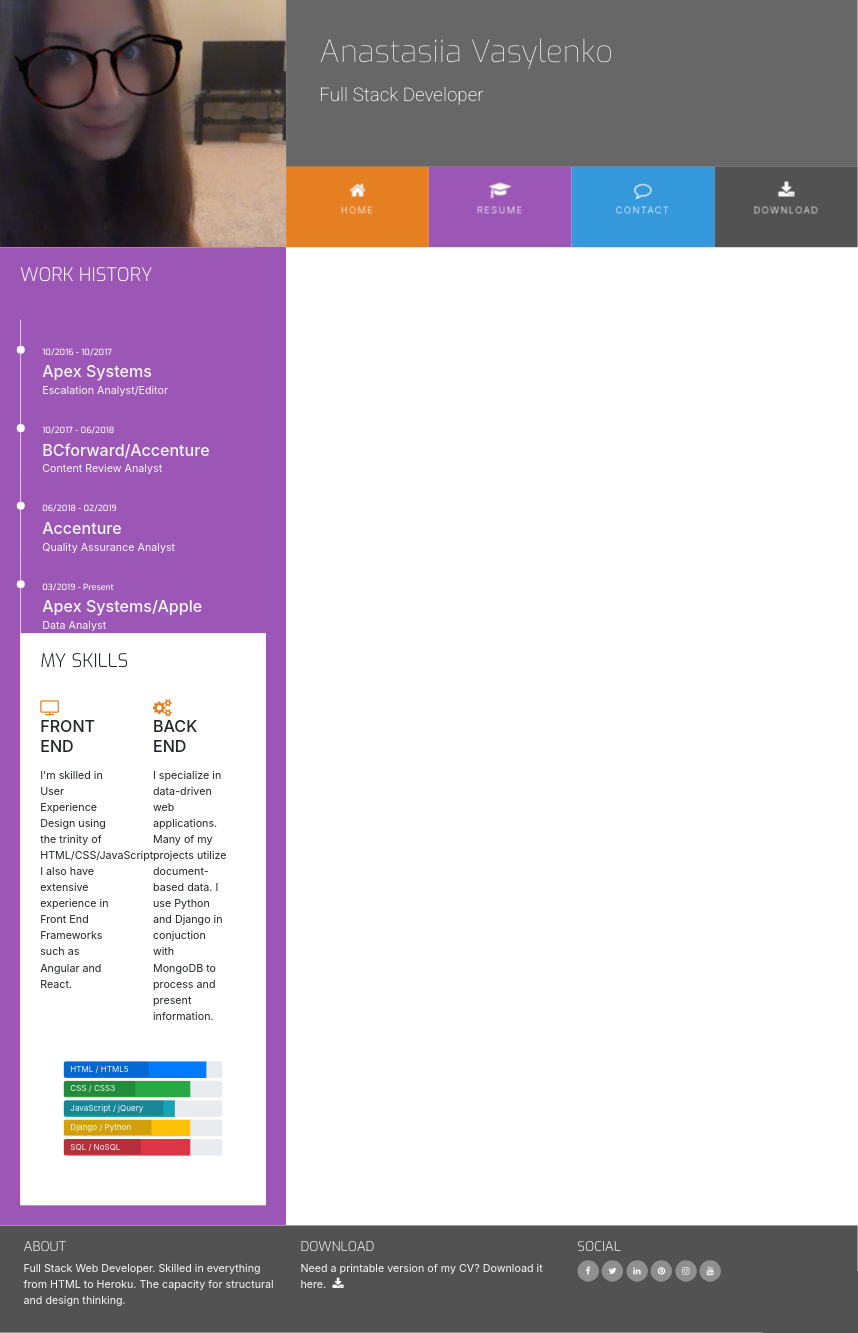
Repository: aavasylenko/myresume
Page: resume.html
The author's editor kept a record of every edit. The page is drawn from the files as they stood at one moment, then again after the next edit.
The browser window is 1280 px wide. The pictures show the whole page, at 67% of full size.

Above is the page before.

### resume.html
<!DOCTYPE html>
<html lang="en">

<head>
    <meta charset="UTF-8">
    <meta name="viewport" content="width=device-width, initial-scale=1.0">
    <meta http-equiv="X-UA-Compatible" content="ie=edge">
    <link rel="stylesheet" href="https://stackpath.bootstrapcdn.com/bootstrap/4.3.1/css/bootstrap.min.css" type="text/css" />
    <link rel="stylesheet" href="https://stackpath.bootstrapcdn.com/font-awesome/4.7.0/css/font-awesome.min.css" type="text/css" />
    <link rel="stylesheet" href="https://cdnjs.cloudflare.com/ajax/libs/hover.css/2.3.1/css/hover-min.css" type="text/css" />
    <link rel="stylesheet" href="assets/css/style.css" type="text/css" />
    <title>Rosie</title>
</head>

<body>
    <header>
        <div class='row no-gutters'>
            <a href="index.html" class="col-md-4 logo">

            </a>
            <div class='col-md-8'>
                <div class='row no-gutters bg-color-name-title'>
                    <div class='col heading'>
                        <h1 class='name'>Anastasiia Vasylenko</h1>
                        <h2 class='title'>Full Stack Developer</h2>
                    </div>
                </div>
                <div class="row no-gutters">
                    <div class="col">
                        <ul id="nav" class="list-inline menucontainer">
                            <li class="col-6 col-sm-3 ui-menu-color-home list-inline-item menuitem">
                                <a href="index.html" class="hvr-sweep-to-bottom"><i class="fa fa-home" aria-hdden="true"></i><span>Home</span></a>
                            </li>
                            <li class="col-6 col-sm-3 ui-menu-color-resume list-inline-item menuitem">
                                <a href="resume.html" class="hvr-sweep-to-bottom"><i class="fa fa-graduation-cap" aria-hdden="true"></i><span>Resume</span></a>
                            </li>
                            <li class="col-6 col-sm-3 ui-menu-color-contact list-inline-item menuitem">
                                <a href="contact.html" class="hvr-sweep-to-bottom"><i class="fa fa-comment-o" aria-hdden="true"></i><span>Contact</span></a>
                            </li>
                            <li class="col-6 col-sm-3 ui-menu-color-download list-inline-item menuitem">
                                <a href="#" class="hvr-sweep-to-bottom"><i class="fa fa-download" aria-hdden="true"></i><span>Download</span></a>
                            </li>
                        </ul>
                    </div>
                </div>
            </div>
        </div>
    </header>
    <section class="container-fluid">
        <div class="row">
            <div class="col-md-4 bg-color-work-history section-column">
                <div class="row">
                    <div class="col-12">
                        <h3 class="history-heading uppercase">Work History</h3>
                    </div>
                </div>
                <div class="history-timeline">
                <div class="timeline-item" data-dates="10/2016 - 10/2017">
                    <h4>Apex Systems</h4>
                    <p>Escalation Analyst/Editor</p>
                </div>
                <div class="timeline-item" data-dates="10/2017 - 06/2018">
                    <h4>BCforward/Accenture</h4>
                    <p>Content Review Analyst</p>
                </div>
                <div class="timeline-item" data-dates="06/2018 - 02/2019">
                    <h4>Accenture</h4>
                    <p>Quality Assurance Analyst</p>
                </div>
                <div class="timeline-item" data-dates="03/2019 - Present">
                    <h4>Apex Systems/Apple</h4>
                    <p>Data Analyst</p>
                </div>
            </div>
            <div class="col-md-8 bg-color-three-reasons section-column">
                <div class="row">
                    <div class="col">
                        <h3 class="section-heading uppercase">My skills</h3>
                    </div>
                </div>
                <div class="row">
                    <div class="col-10 offset-1 offset-sm-0 col-sm-4 col-md-6">
                        <div class="row">
                            <div class="col-2">
                                <i class="three-reasons-icon fa fa-tv" aria-hidden="true"></i>
                            </div>
                            <div class="col-10">
                                <h4 class="three-reasons-heading uppercase">Front End</h4>
                                <p>
                                    I'm skilled in User Experience Design using the trinity of HTML/CSS/JavaScript. I also have extensive experience in Front End Frameworks such as Angular and React.
                                </p>
                            </div>
                        </div>
                    </div>
                    <div class="col-10 offset-1 offset-sm-0 col-sm-4 col-md-6">
                        <div class="row">
                            <div class="col-2">
                                <i class="three-reasons-icon fa fa-gears" aria-hidden="true"></i>
                            </div>
                            <div class="col-10">
                                <h4 class="three-reasons-heading uppercase">Back End</h4>
                                <p>
                                    I specialize in data-driven web applications. Many of my projects utilize document-based data. I use Python and Django in conjuction with MongoDB to process and present information.
                                </p>
                            </div>
                        </div>
                    </div>
                </div>
                <div class="row progress-section">
                    <div class="col">
                        <div class="progress">
                            <div class="progress-bar" role="progressbar" aria-valuenow="90" aria-valuemin="0" aria-valuemax="100" style="width:90%;">
                                <span class="sr-only">90% complete</span>
                            </div>
                            <span class="progress-type">HTML / HTML5</span>
                        </div>
                        <div class="progress">
                            <div class="progress-bar bg-success" role="progressbar" aria-valuenow="80" aria-valuemin="0" aria-valuemax="100" style="width:80%;">
                                <span class="sr-only">80% complete</span>
                            </div>
                            <span class="progress-type">CSS / CSS3</span>
                        </div>
                        <div class="progress">
                            <div class="progress-bar bg-info" role="progressbar" aria-valuenow="70" aria-valuemin="0" aria-valuemax="100" style="width:70%;">
                                <span class="sr-only">70% complete</span>
                            </div>
                            <span class="progress-type">JavaScript / jQuery</span>
                        </div>
                        <div class="progress">
                            <div class="progress-bar bg-warning" role="progressbar" aria-valuenow="80" aria-valuemin="0" aria-valuemax="100" style="width:80%;">
                                <span class="sr-only">80% complete</span>
                            </div>
                            <span class="progress-type">Django / Python</span>
                        </div>
                        <div class="progress">
                            <div class="progress-bar bg-danger" role="progressbar" aria-valuenow="80" aria-valuemin="0" aria-valuemax="100" style="width:80%;">
                                <span class="sr-only">80% complete</span>
                            </div>
                            <span class="progress-type">SQL / NoSQL</span>
                        </div>
                    </div>
                </div>
            </div>
        </div>

    </section>
    <footer class="container-fluid">
        <div id="footer-details" class="row">
            <div class="col-sm-4">
                <h5 class="uppercase general-sub">About</h5>
                <p class='inline-block'>
                    Full Stack Web Developer. Skilled in everything from HTML to Heroku. The capacity for structural and design thinking.
                </p>
            </div>
            <div class="col-sm-4">
                <h5 class="uppercase general-sub">Download</h5>
                <p class='inline-block'>
                    Need a printable version of my CV? Download it here.
                    <a href='#' target="_blank" class="cv-pdf">
                        <i class="fa fa-download" aria-hidden='true'></i>
                        <span class='sr-only'>Download link.</span>
                    </a>
                </p>
            </div>
            <div class="col-sm-4">
                <h5 class="uppercase general-sub">Social</h5>
                <ul class='list-inline social-links'>
                    <li class='list-inline-item'>
                        <a target='_blank' href="#">
                            <i class="fa fa-facebook" aria-hidden='true'></i>
                            <span class='sr-only'>Facebook</span>
                        </a>
                    </li>
                    <li class='list-inline-item'>
                        <a target='_blank' href="#">
                            <i class="fa fa-twitter" aria-hidden='true'></i>
                            <span class='sr-only'>Twitter</span>
                        </a>
                    </li>
                    <li class='list-inline-item'>
                        <a target='_blank' href="#">
                            <i class="fa fa-linkedin" aria-hidden='true'></i>
                            <span class='sr-only'>LinkedIn</span>
                        </a>
                    </li>
                    <li class='list-inline-item'>
                        <a target='_blank' href="#">
                            <i class="fa fa-pinterest" aria-hidden='true'></i>
                            <span class='sr-only'>Pinterest</span>
                        </a>
                    </li>
                    <li class='list-inline-item'>
                        <a target='_blank' href="#">
                            <i class="fa fa-instagram" aria-hidden='true'></i>
                            <span class='sr-only'>Instagram</span>
                        </a>
                    </li>
                    <li class='list-inline-item'>
                        <a target='_blank' href="#">
                            <i class="fa fa-youtube" aria-hidden='true'></i>
                            <span class='sr-only'>YouTube</span>
                        </a>
                    </li>
                </ul>
            </div>
        </div>

    </footer>
</body>

</html>

### assets/css/style.css
@import url('https://fonts.googleapis.com/css?family=Roboto:100,200,300,400,500,600,700|Exo:100,200,300,400,500,600,700');

/*----------------------------Colors */

.bg-color-name-title {
    background-color: #676767;
}

.bg-color-three-reasons {
    background-color: #fff;

}

.bg-color-personal-info {
    background-color: #f4f4f4;
}

.bg-color-work-history {
    background-color: #9b56b6;
}

.bg-color-contact {
    background-color: #fff
}

.ui-menu-color-home {
    background-color: #e67e22;
}

.ui-menu-color-resume {
    background-color: #9b56b6;
}

.ui-menu-color-contact {
    background-color: #3498db;
}

.ui-menu-color-download {
    background-color: #525252;
}

/*----------------------------Special paddings/margins/text */

h1,
h2,
h3,
h4 {
    margin: 0;
}

.uppercase {
    text-transform: uppercase;
}

.general-sub {
    font-family: "Exo", sans-serif;
    font-weight: 300;
    color: #fafafa;
}

.inline-block {
    display: inline-block;
}

.row-table {
    display: table;
}

.section-column {
    display: table-cell;
    padding: 0 30px 30px;
    float: none;
}

.history-heading,
.section-heading {
    font-family: "Exo", sans-serif;
    font-weight: 300;
    margin-top: 25px;
    margin-bottom: 40px;
}

/*----------------------------Heading */

header {
    margin: 0;
}

.heading {
    margin-left: 50px;
}

.logo {
    background: url("../images/avatar.jpg");
    background-position: center;
    background-repeat: no-repeat;
    background-size: cover;
    min-height: 360px;
    transition: all .5s ease-in-out;
    -moz-transition: all .5s ease-in-out;
    -webkit-transition: all .5s ease-in-out;
}

.name {
    font-family: "Exo", sans-serif;
    font-weight: 100;
    font-size: 46px;
    margin-top: 50px;
    color: #fff;
}

.title {
    font-family: "Roboto", sans-serif;
    font-weight: 200;
    font-size: 28px;
    margin-top: 20px;
    margin-bottom: 90px;
    color: #fff;
}

.list-inline-item:not(:last-child) {
    margin: 0;
}

.menucontainer {
    font-size: 0;
}

#nav {
    margin: 0;
}

#nav li {
    font-size: 14px;
    padding: 0;
}

.menuitem {
    height: 120px;
    text-align: center;
    padding: 0;
}

.menuitem a {
    width: 100%;
    text-decoration: none;
    color: #fff;
    height: 120px;
}

.menuitem a i {
    padding-top: 22px;
    display: block;
    color: #fafafa;
    font-size: 26px;
}

.menuitem span {
    display: block;
    width: 100%;
    padding-top: 5px;
    text-align: center;
    text-transform: uppercase;
    font-size: 14px;
    font-weight: 300;
    letter-spacing: 2px;
}

/*----------------------------Hover.css */

.hvr-sweep-to-bottom:before {
    background-color: rgba(0, 0, 0, 0.2);
    height: 120px;
}

/*----------------------------Footer */

footer {
    background-color: #525252;
    color: #fafafa;
    min-height: 120px;
    margin: 0;
}

.cv-pdf i {
    font-size: 18px;
    color: #fafafa;
    text-align: center;
    padding-left: 5px;
    transition: all 0.35s ease-in-out;
    -moz-transition: all 0.35s ease-in-out;
    -webkit-transition: all 0.35s ease-in-out;
    -o-transition: all 0.35s ease-in-out;
}

.cv-pdf i:hover {
    color: #e84610;
}

.social-links {
    padding-bottom: 15px;
}

.social-links li a i {
    width: 32px;
    height: 32px;
    padding: 12px 0;
    border-radius: 50%;
    font-size: 13px;
    line-height: 7px;
    text-align: center;
    color: #fafafa;
    background: #8f8f8f;
    transition: all 0.35s ease-in-out;
    -moz-transition: all 0.35s ease-in-out;
    -webkit-transition: all 0.35s ease-in-out;
    -o-transition: all 0.35s ease-in-out;
}

.social-links li a i:hover {
    background: #e84610;
}

#footer-details {
    padding: 20px;
}

/*----------------------------Three Reasons */

.three-reasons-icon {
    font-size: 26px;
    color: #e67e22;
}

.three-reasons-heading {
    margin-bottom: 15px;
}

/*----------------------------Personal Info */

.personal-info-item {
    margin-bottom: 20px;
    display: block;
    clear: both;
}

.personal-info-item .key,
.personal-info-item .value {
    padding-right: 8px;
    display: inline-block;
}

.personal-info-item .key p,
.personal-info-item .value p {
    margin: 0;
}

.personal-info-item .key {
    width: 30%;
    margin-right: 21px;
    padding-top: 2px;
    vertical-align: top;
}

.personal-info-item .key p {
    font-weight: 700;
}

.personal-info-item .value {
    width: 60%;
    position: relative;
}

/*----------------------------Skills */

.progress {
    position: relative;
    height: 25px;
    margin-bottom: 4px;
}

.progress-type {
    position: absolute;
    left: 0px;
    font-weight: 400;
    padding: 3px 30px 2px 10px;
    color: #fafafa;
    background-color: rgba(25, 25, 25, 0.2);
}

.progress-section {
    margin: 40px 20px;
}

/*----------------------------Work History */

.history-heading {
    color: #fafafa;
    margin-bottom: 50px;
}

.timeline-item {
    padding: 4em 2em 0em 2em;
    position: relative;
    color: #fafafa;
    border-left: 1px solid;
}

.timeline-item p {
    padding: 0;
    margin: 0;
}

.timeline-item:before {
    content: attr(data-dates);
    position: absolute;
    left: 2.5em;
    top: 3em;
    display: block;
    font-family: "Exo", sans-serif;
    font-weight: 500;
    font-size: 0.8em;
    padding: 0;
    margin: 0;
}

.timeline-item:after {
    width: 12px;
    height: 12px;
    display: block;
    top: 2.4em;
    position: absolute;
    left: -6px;
    border-radius: 12px;
    content: '';
    background: #fafafa;
}

.history-items {
    margin-bottom: 30px;
}

/*----------------------------Contact Form */

.contact-heading {
    font-family: "Exo", sans-serif;
    font-weight: 300;
    margin-top: 25px;
    margin-bottom: 20px;
}

.center-form {
    padding-top: 10px;
    margin: 0 auto;
    max-width: 70%;
}

button[type="submit"] {
    margin-top: 15px;
    margin-bottom: 20px;
    color: #fafafa;
    background-color: #e84610;
}

/*----------------------------Media Queries */

@media(min-width: 992px) {
    .center-form {
        padding-top: 30px;
        min-height: 240px;
        margin: 0 auto;
        max-width: 50%;
    }
}

After the next edit:
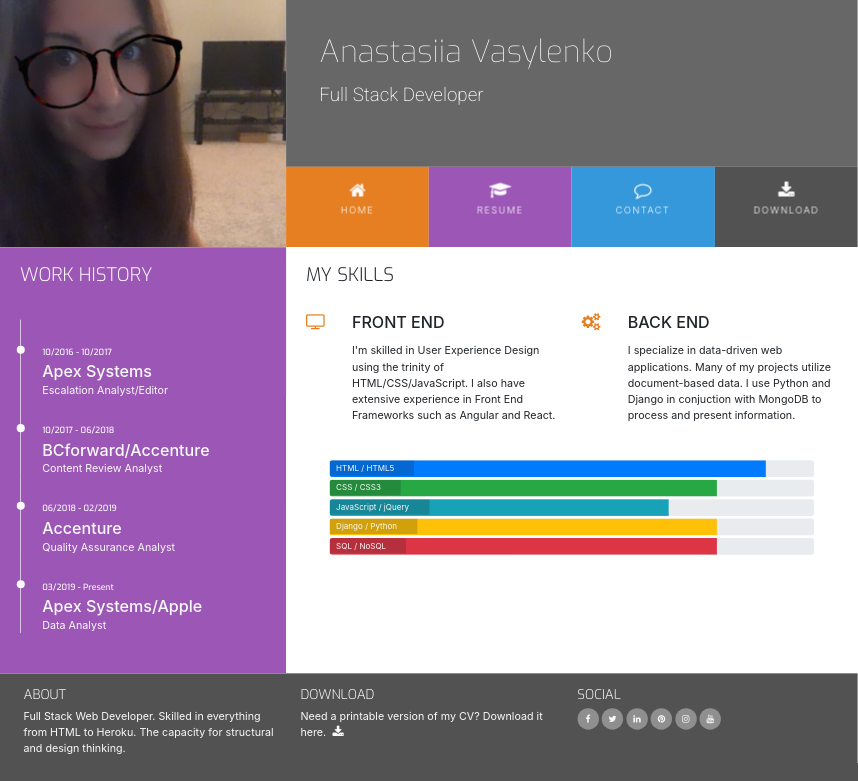
The edit:
--- a/resume.html
+++ b/resume.html
@@ -54,22 +54,23 @@
                         <h3 class="history-heading uppercase">Work History</h3>
                     </div>
                 </div>
-                <div class="history-timeline">
-                <div class="timeline-item" data-dates="10/2016 - 10/2017">
-                    <h4>Apex Systems</h4>
-                    <p>Escalation Analyst/Editor</p>
-                </div>
-                <div class="timeline-item" data-dates="10/2017 - 06/2018">
-                    <h4>BCforward/Accenture</h4>
-                    <p>Content Review Analyst</p>
-                </div>
-                <div class="timeline-item" data-dates="06/2018 - 02/2019">
-                    <h4>Accenture</h4>
-                    <p>Quality Assurance Analyst</p>
-                </div>
-                <div class="timeline-item" data-dates="03/2019 - Present">
-                    <h4>Apex Systems/Apple</h4>
-                    <p>Data Analyst</p>
+                <div class="history-items">
+                    <div class="timeline-item" data-dates="10/2016 - 10/2017">
+                        <h4>Apex Systems</h4>
+                        <p>Escalation Analyst/Editor</p>
+                    </div>
+                    <div class="timeline-item" data-dates="10/2017 - 06/2018">
+                        <h4>BCforward/Accenture</h4>
+                        <p>Content Review Analyst</p>
+                    </div>
+                    <div class="timeline-item" data-dates="06/2018 - 02/2019">
+                        <h4>Accenture</h4>
+                        <p>Quality Assurance Analyst</p>
+                    </div>
+                    <div class="timeline-item" data-dates="03/2019 - Present">
+                        <h4>Apex Systems/Apple</h4>
+                        <p>Data Analyst</p>
+                    </div>
                 </div>
             </div>
             <div class="col-md-8 bg-color-three-reasons section-column">
